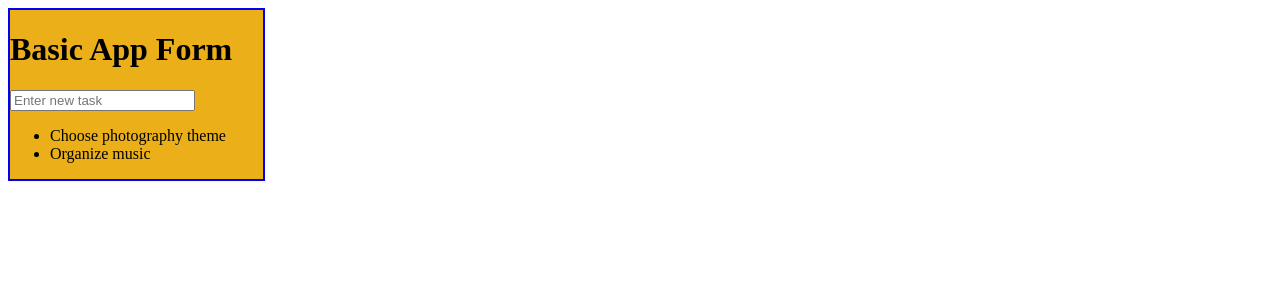
Repository: Kayla-amr/dgm_3760
Page: todoTemplate-W2/index.html
An editor plug-in stored every save of this project. The page is shown before and after the next save, followed by the edit.
The browser window is 1280 px wide. The pictures show the whole page.

Above is the page before, as saved 2022-10-17 10:51:14.

After the next save:
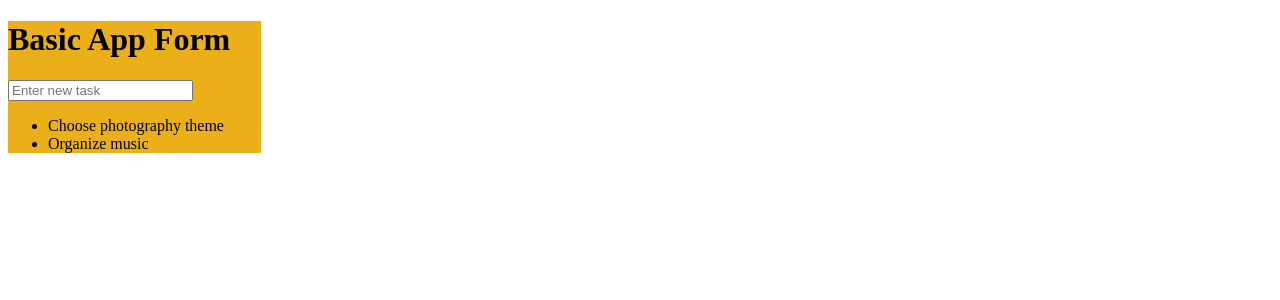
Saved 6 s later.
--- a/todoTemplate-W2/styles.css
+++ b/todoTemplate-W2/styles.css
@@ -1,5 +1,4 @@
 .taskForm{
     background-color: #eaaf19;
-    border: 2px solid blue;
     width: 20%;
 }
